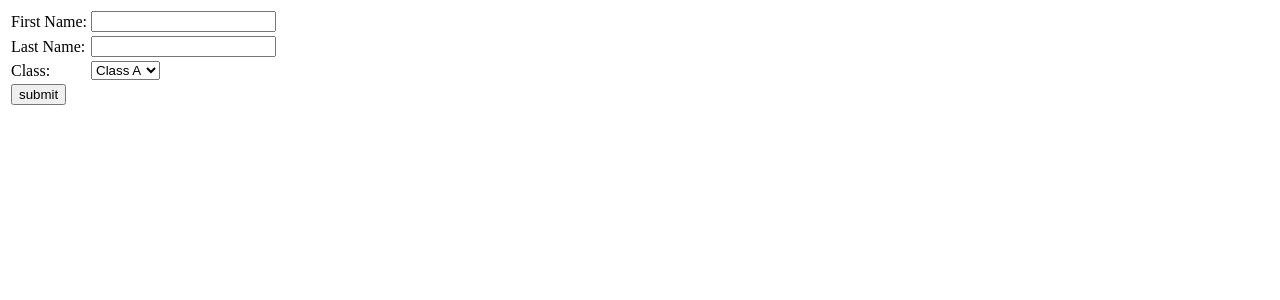
Repository: zshafi01/LearnerAcadamy
Page: http://localhost/LearnerAcadamy/Instructor.jsp
An editor plug-in stored every save of this project. The page is shown before and after the next save, followed by the edit.
The browser window is 1280 px wide. The pictures show the whole page.
The page is served by Tomcat 9.

Above is the page before, as saved 2021-02-05 03:30:24.

After the next save:
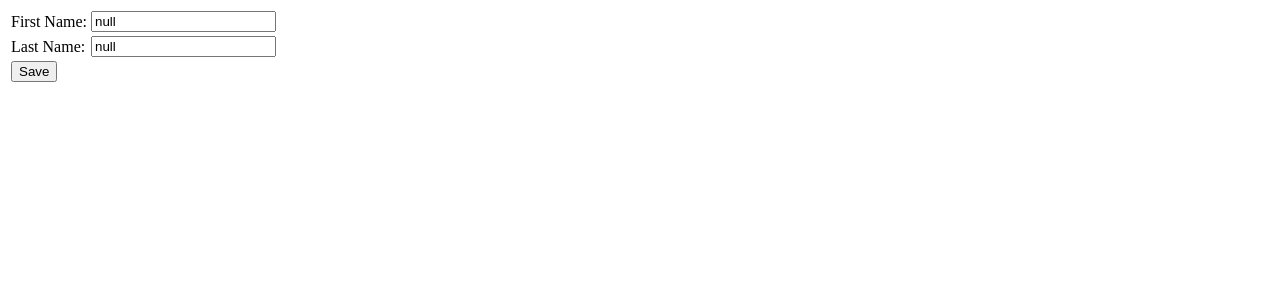
Saved 64 s later.
--- a/LearnerAcadamy/WebContent/Instructor.jsp
+++ b/LearnerAcadamy/WebContent/Instructor.jsp
@@ -21,22 +21,29 @@ if(command!=null){
 %>
 <table>
 <tr>
-<td>First Name:</td><td> <input type="text" name="fname"></td>
+<td>First Name:</td><td> <input type="text" name="fname" value=<%=instructor.getFname() %>></td>
 </tr>
 <tr>
-<td>Last Name:</td><td> <input type="text" name="lname"></td>
-</tr>
-<tr>
-<td>Class:</td><td><select name="class">
-    <option value="classA">Class A</option>
-    <option value="classB">Class B</option>
-	 <option value="classC">Class C</option>
-</select></td>
+<td>Last Name:</td><td> <input type="text" name="lname" value=<%=instructor.getLname() %>></td>
 </tr>
 <tr>
 
 
-<td><input type="submit" value="submit"></td>
+<td>
+<%
+if(command!=null && "edit".equalsIgnoreCase(command)) {
+%>
+<input type="submit" value="Edit">
+<%
+} else if(command!=null && "delete".equalsIgnoreCase(command)) {
+%>
+<input type="submit" value="Delete">
+<%
+}else{
+%>
+<input type="submit" value="Save">
+<%}%>
+</td>
 </tr>
 </table>
 </form>
